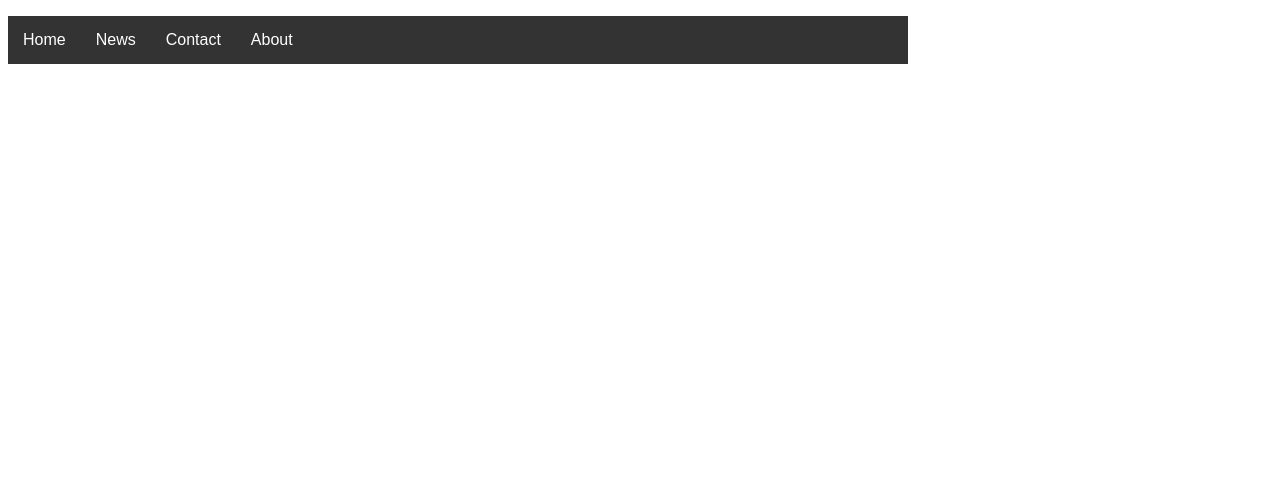
Repository: LongNguyen2504/T3H-FrondEnd
Page: Lesson3_CSS_HomeWork3.html
These files come from the project's save history. The page is drawn as it stood at one moment and after the next save; the edit follows.
The browser window is 1280 px wide. The pictures show the whole page.

Above is the page before, as saved 2021-12-01 22:21:19.

### Lesson3_CSS_HomeWork3.html
<!DOCTYPE html>
<html lang="en">
<head>
    <meta charset="UTF-8">
    <meta http-equiv="X-UA-Compatible" content="IE=edge">
    <meta name="viewport" content="width=device-width, initial-scale=1.0">
    <title>Document</title>
    <link rel="stylesheet" href="Lesson3_CSS_HomeWork3.css">
</head>
<body>
    <div class="ancestor-div">
        <div class="menu-div">
            <div class="menu-content">
                <ul class="ul-menu">
                    <li class="li-menu"><a class="a-menu" href="#1">Home</a></li>
                    <li class="li-menu"><a class="a-menu" href="#1">News</a></li>
                    <li class="li-menu"><a class="a-menu" href="#1">Contact</a></li>
                    <li class="li-menu"><a class="a-menu" href="#1">About</a></li>
                </ul>
            </div>
        </div>
    </div>
</body>
</html>

### Lesson3_CSS_HomeWork3.css
div.ancestor-div{
    width: 900px;
    height: 400px;
    font-family: Arial, Helvetica, sans-serif;
}
div.menu-div{
    height: 48px;
    background-color: #333333 ;
}
div.menu-content{
    position: relative;
    left: -40px;
    width: 800px;
    height: 48px;
}
div.nested-div{
    width: 500px;
    height: 400px;
    background-color: aqua;
    position: absolute;
    left: 40px;
}
ul.ul-menu{
    list-style-type: none;

}
.li-menu {
 float: left;
}
a.a-menu{
    display: inline-block;
    padding: 15px;
    color: white;
    text-decoration: none;
    text-align: center;

}
.a-menu:hover{
    background-color: #4caf50;
}

After the next save:
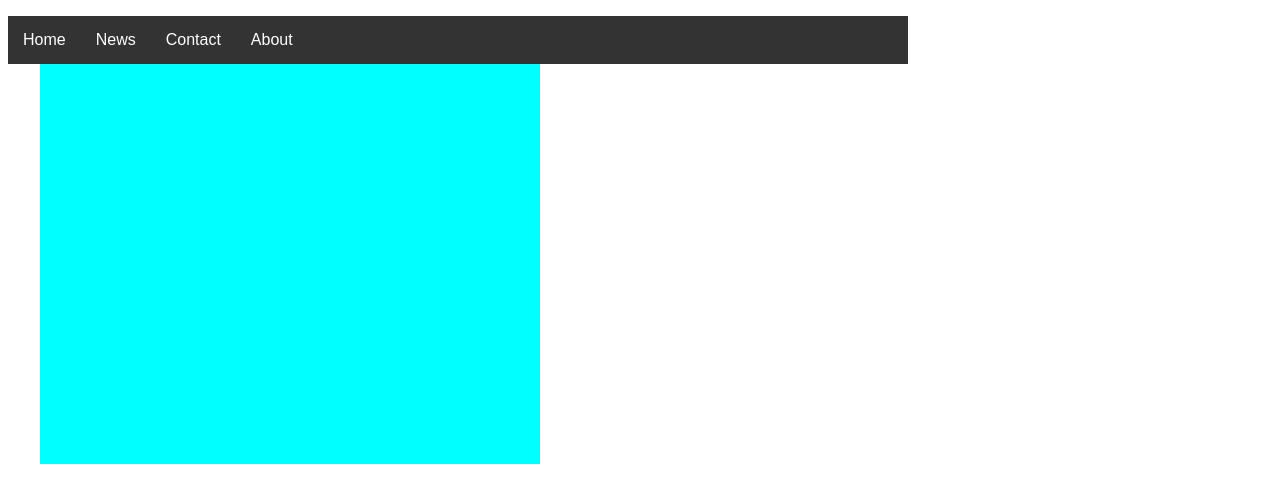
Saved 7 s later.
--- a/Lesson3_CSS_HomeWork3.html
+++ b/Lesson3_CSS_HomeWork3.html
@@ -19,6 +19,9 @@
                 </ul>
             </div>
         </div>
+        <div class="nested-div">
+
+        </div>
     </div>
 </body>
 </html>
